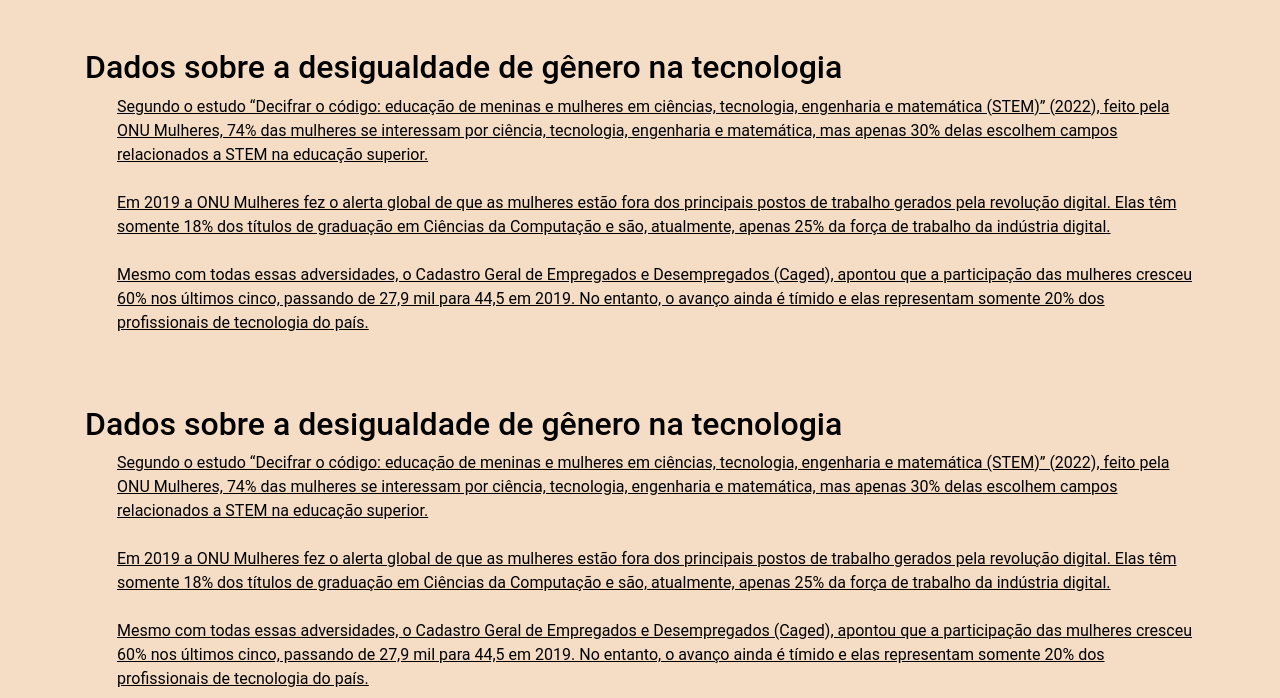
Repository: BellsBarbosa/ODS5_IGUALDADE_DE_GENERO
Page: index.html
An editor plug-in stored every save of this project. The page is shown before and after the next save, followed by the edit.
The browser window is 1280 px wide. The pictures show the part of the page from y = 1260 to 1958 px (the page is 2910 px tall before and 2894 px after).
A picture or video elsewhere on the page could not be fetched, so the positions and the page height are approximate.

Above is the page before, as saved 2023-08-11 15:21:17.

### index.html
<!DOCTYPE html>
<html lang="en">

<head>
    <meta charset="UTF-8">
    <meta name="viewport" content="width=device-width, initial-scale=1.0">
    <meta name="author" content="Isabel Barbosa, Bootstrap contributors">
    <title>ODS 5 - Igualdade de Gênero</title>
    <link href="https://cdn.jsdelivr.net/npm/bootstrap@5.3.0-alpha3/dist/css/bootstrap.min.css" rel="stylesheet"
        integrity="sha384-KK94CHFLLe+nY2dmCWGMq91rCGa5gtU4mk92HdvYe+M/SXH301p5ILy+dN9+nJOZ" crossorigin="anonymous">
    <link rel="stylesheet" href="https://cdn.jsdelivr.net/npm/bootstrap-icons@1.10.5/font/bootstrap-icons.css">
    <link rel="preconnect" href="https://fonts.googleapis.com">
    <link rel="preconnect" href="https://fonts.gstatic.com" crossorigin>
    <link
        href="https://fonts.googleapis.com/css2?family=Caveat:wght@500;700&family=Kalam&family=Montserrat:ital,wght@0,300;0,400;0,500;1,400;1,500;1,600&display=swap"
        rel="stylesheet">
    <link rel="stylesheet" href="style.css">
    </script>


</head>

<body>

    <header class="header-menu">
        <nav>
            <img src="IMG/ODS5-1.jpg" alt="ODS5" width="100%" height="100%"></a>
            <ul class="lista-menu">
                <li><a href="#ods">ODS</a> </li>
                <li><a href="#dados">Dados</a></li>
                <li><a href="#destaques">Destaques</a></li>
                <li><a href="#cards">Soluções</a></li>
                <li><a href="#contato">Contatos</a></li>
            </ul>
        </nav>

    </header>


    <div class="container col-xxl-8 px-4 py-5">
        <div class="row flex-lg-row-reverse align-items-center g-5 py-5">
            <div class="col-10 col-sm-8 col-lg-6">
                <img src="IMG/4029136.jpg" class="d-block mx-lg-auto img-fluid" alt="Bootstrap Themes" loading="lazy">
            </div>
            <div class="col-lg-6">
                <h1 class="display-5 fw-bold text-body-emphasis lh-1 mb-3">ODS 5 - IGUALDADE DE GÊNERO</h1>
                <p class="lead">Aumentar o uso de tecnologias de base, em particular as tecnologias de informação
                    <br>e comunicação, para promover o empoderamento das mulheres.
                </p>
                <a href="https://brasil.un.org/pt-br/sdgs/5" class="botao" target="_blank">Saiba mais</a>
                <div class="d-grid gap-2 d-md-flex justify-content-md-start">

                </div>
            </div>
        </div>
    </div>



    <section class="container-fluid" id="ods">
        <div class="row">
            <div class="column">
                <h2 id="h2-margin">O Que são as ODS?</h2>
                <p>Os Objetivos de Desenvolvimento Sustentável são um apelo global à ação para acabar com a
                    pobreza,
                    proteger o meio ambiente e o clima e garantir que as pessoas, em todos os lugares, possam
                    desfrutar de paz e de prosperidade. Estes são os objetivos para os quais as Nações Unidas
                    estão
                    contribuindo a fim de que possamos atingir a Agenda 2030 no Brasil. O objetivo escolhido foi
                    a ODS 5.B: Aumentar o uso de tecnologias de base, em particular as
                    tecnologias de informação e comunicação, para promover o empoderamento das mulheres.
                </p>
                <img src="IMG/odssss-1-scaled.jpg" align-items="left" alt="Crédito da imagem: Estratégia Ods"
                    width="600" height="330">
                </h1>
            </div>

            <div class="column">
                <h2>ODS 5 - Igualdade de Gênero</h2>
                <p><i>Juliette Erath</i></p>
                <p>"A desigualdade de gênero é em grande parte responsável pela diferença no ambiente de
                    trabalho e
                    nas habilidades em relação a um padrão no setor de tecnologia. Para enfrentar essa
                    desigualdade
                    internacional e crescente, um esforço com empenho precisa ser feito para compreender a
                    origem
                    desse problema e solucioná-lo (...) No Brasil, em 2019, apenas 26% dos formados na área STEM
                    eram mulheres." é o que nos diz <a
                        href="https://www.ironhack.com/br/pt/blog/desigualdade-de-genero-na-tecnologia-vamos-discuti-la"
                        class="link" target="_blank">Juliette Erath em seu texto para IRONHACK.</a></p>
                <iframe width="560" height="315" src="https://www.youtube.com/embed/go-VJzRqacE"
                    title="YouTube video player" frameborder="0"
                    allow="accelerometer; autoplay; clipboard-write; encrypted-media; gyroscope; picture-in-picture; web-share"
                    allowfullscreen></iframe>
            </div>
        </div>

    </section>
    <section class="container-fluid" id="dados">
        <article class="container article-lista">
            <div class="dados">
                <h2>Dados sobre a desigualdade de gênero na tecnologia</h2>
                <ul>
                    <li> <a href="https://blog.google/intl/pt-br/novidades/por-dentro-do-google/mind-the-gap-2022-incentivando-meninas-a-ingressarem-em-carreiras-na-area-de-tecnologia/#:~:text=Segundo%20o%20estudo%20%E2%80%9CDecifrar%20o,a%20STEM%20na%20educa%C3%A7%C3%A3o%20superior."
                            class="link" target="_blank">Segundo o estudo “Decifrar o código: educação de
                            meninas e
                            mulheres em ciências, tecnologia, engenharia e matemática (STEM)” (2022), feito pela
                            ONU
                            Mulheres, 74% das mulheres se interessam por ciência, tecnologia, engenharia e
                            matemática,
                            mas apenas 30% delas escolhem campos relacionados a STEM na educação superior.</a>
                    </li> </br>
                    <a href="http://www.onumulheres.org.br/noticias/onu-mulheres-defende-investimentos-publicos-e-privados-em-igualdade-de-genero-para-aumentar-participacao-de-meninas-e-mulheres-em-ciencia-e-tecnologia/"
                        class="link" target="_blank">Em 2019 a ONU Mulheres fez o alerta global de que as
                        mulheres estão
                        fora dos principais postos de trabalho gerados pela revolução digital. Elas têm somente
                        18% dos
                        títulos de graduação em Ciências da Computação e são, atualmente, apenas 25% da força de
                        trabalho da indústria digital.</a></li> </br> </br>
                    <li> <a href="https://www.vittude.com/blog/mulheres-na-tecnologia-os-desafios-femininos-no-setor/"
                            class="link" target="_blank"> Mesmo com todas essas adversidades, o Cadastro Geral
                            de
                            Empregados e Desempregados (Caged), apontou que a participação das mulheres cresceu
                            60% nos
                            últimos cinco, passando de 27,9 mil para 44,5 em 2019. No entanto, o avanço ainda é
                            tímido e
                            elas representam somente 20% dos profissionais de tecnologia do país.</a> </li>
                    </br>
                </ul> <br>

            </div>
        </article>
    </section>
<section class="container-fluid" id="destaques">
    <article class="container article-lista">
        <div class="dados">
            <h2>Dados sobre a desigualdade de gênero na tecnologia</h2>
            <ul>
                <li> <a href="https://blog.google/intl/pt-br/novidades/por-dentro-do-google/mind-the-gap-2022-incentivando-meninas-a-ingressarem-em-carreiras-na-area-de-tecnologia/#:~:text=Segundo%20o%20estudo%20%E2%80%9CDecifrar%20o,a%20STEM%20na%20educa%C3%A7%C3%A3o%20superior."
                        class="link" target="_blank">Segundo o estudo “Decifrar o código: educação de
                        meninas e
                        mulheres em ciências, tecnologia, engenharia e matemática (STEM)” (2022), feito pela
                        ONU
                        Mulheres, 74% das mulheres se interessam por ciência, tecnologia, engenharia e
                        matemática,
                        mas apenas 30% delas escolhem campos relacionados a STEM na educação superior.</a>
                </li> </br>
                <a href="http://www.onumulheres.org.br/noticias/onu-mulheres-defende-investimentos-publicos-e-privados-em-igualdade-de-genero-para-aumentar-participacao-de-meninas-e-mulheres-em-ciencia-e-tecnologia/"
                    class="link" target="_blank">Em 2019 a ONU Mulheres fez o alerta global de que as
                    mulheres estão
                    fora dos principais postos de trabalho gerados pela revolução digital. Elas têm somente
                    18% dos
                    títulos de graduação em Ciências da Computação e são, atualmente, apenas 25% da força de
                    trabalho da indústria digital.</a></li> </br> </br>
                <li> <a href="https://www.vittude.com/blog/mulheres-na-tecnologia-os-desafios-femininos-no-setor/"
                        class="link" target="_blank"> Mesmo com todas essas adversidades, o Cadastro Geral
                        de
                        Empregados e Desempregados (Caged), apontou que a participação das mulheres cresceu
                        60% nos
                        últimos cinco, passando de 27,9 mil para 44,5 em 2019. No entanto, o avanço ainda é
                        tímido e
                        elas representam somente 20% dos profissionais de tecnologia do país.</a> </li>
                </br>
            </ul> <br>

        </div>
    </article>
</section>


    <section class="container-fluid" id="cards">
        <div class="row row-cols-1 row-cols-md-3 g-4">
            <div class="col">
                <div class="card">
                    <img src="IMG/criança.jpg" class="card-img-top" alt="...">
                    <div class="card-body">
                        <h5 class="card-title text-center">Introduza meninas ao mundo da tecnologia</h5>
                        <p class="card-text justify-content-evenly">Apresentar as meninas ao mundo da tecnologia expande
                            as chances delas desenvolverem suas habilidades e criatividade,
                            proporcionando a elas a chance de inventar, criar e aprender sobre a área.</p>
                    </div>
                </div>
            </div>
            <div class="col">
                <div class="card">
                    <img src="IMG/mulher_liderança.jpg" class="card-img-top" alt="...">
                    <div class="card-body">
                        <h5 class="card-title text-center">Comemore as mulheres na liderança</h5>
                        <p class="card-text justify-content-evenly">Divulgar a jornadas de mulheres que impactaram na
                            tecnologia, e celebrar o trabalho dessas vitoriosas, irá inspirar
                            nossas meninas e mulheres a iniciar suas próprias carreiras na área tecnológica..</p>
                    </div>
                </div>
            </div>
            <div class="col">
                <div class="card">
                    <img src="IMG/parcerias.jpg" class="card-img-top" alt="...">
                    <div class="card-body">
                        <h5 class="card-title text-center">Estabeleça parcerias e oportunidades</h5>
                        <p class="card-text justify-content-evenly">Realizar parcerias com entidades que utilizam a
                            tecnologia como instrumento para diminuir a desigualdade de gênero irá
                            expandir o alcance desses projetos, aumentando assim a inserção de mulheres na
                            tecnologia.</p>
                    </div>
                </div>
            </div>

        </div>
    </section> <br>


    <footer class="rodape" id="contato">
        <div class="container">
            <div class="row">
                <div class="column">
                    <ul class="lista-rodape">
                        <li> <i class="bi bi-envelope"></i><a href="barbosa.isabelcristina@gmail.com" target="_blank"
                                class="link-icone">
                                barbosa.isabelcristina@gmail.com</a></li>
                        <li><i class="bi bi-linkedin"></i><a href="https://www.linkedin.com/in/isabel-barbosa-aa080456/"
                                target="_blank" class="link-icone"> Isabel Barbosa</a></li>
                        <li><i class="bi bi-github"></i><a href="https://github.com/BellsBarbosa" target="_blank"
                                class="link-icone">
                                BellsBarbosa</a></li>
                        <li><i class="bi bi-arrow-up-square-fill"></i><a href="#top" class="link-icone"> Topo da
                                página</a></li>

                    </ul>
                </div>
                <div class="column">
                    <ul class="lista-rodape">
                        <li>Créditos:</li>
                        <li>Imagem ODS:<a href="https://estrategiaods.org.br/" target="_blank" class="link-icone">
                                Estratégia ODS</a></li>
                        </li>
                        <li>Hero Image:<a
                                href="https://br.freepik.com/vetores-gratis/conceito-de-igualdade-de-genero_8925920.htm#query=igualdade%20de%20genero&position=0&from_view=search&track=ais">Imagem
                                de pikisuperstar</a> no Freepik</li>
                        </li>
                        <li> Video: <a href="https://www.youtube.com/watch?v=go-VJzRqacE&ab_channel=CentroCulturalLight"
                                target="_blank" class="link-icone">
                                Centro Cultural Light</a></li>
                        </li>
                        <li> Card 1: <a
                                href="https://br.freepik.com/fotos-gratis/garotinha-afro-americana-feliz-durante-videochamada-com-laptop_20052825.htm#query=meninas%20na%20tecnologia&position=14&from_view=search&track=ais">Imagem
                                de master1305</a> no Freepik
                        </li>
                        <li> Card 2: <a
                                href="https://br.freepik.com/fotos-gratis/mulher-afro-americana-confiante-com-documentos-em-papel_6882196.htm#query=mulheres%20na%20lideran%C3%A7a&position=19&from_view=search&track=ais">Imagem
                                de pch.vector</a> no Freepik
                        </li>
                        <li> Card 3: <a
                                href="https://br.freepik.com/fotos-gratis/mulheres-de-negocios-felizes-apoiando-uns-aos-outros-e-de-maos-dadas-em-um-cafe_26402023.htm#query=mulheres%20na%20lideran%C3%A7a&position=17&from_view=search&track=ais">Imagem
                                de Drazen Zigic</a> no Freepik
                        </li>
                    </ul>
                </div>
            </div>


        </div>
    </footer>

### style.css
 @import url('https://fonts.googleapis.com/css2?family=Caveat:wght@500;700&family=Kalam&family=Montserrat:ital,wght@0,300;0,400;0,500;1,400;1,500;1,600&display=swap');

 * {

   margin: 0;

   padding: 0;

   outline: 0;
 }

 body {

   font-family: 'Roboto', sans-serif;
   margin: 0;
   background-color: #f5ddc5;
   display: flex;
   min-height: 100vh;
   flex-direction: column;
   margin-top: 0%;
   position: relative;
   width: 100%;
   margin: 0 auto;
   padding: 0;

 }

 p {
   font-size: 1.2em;
   font-family: 'Montserrat', sans-serif;
   color: #000000;

 }

 a {
   color: rgb(0, 0, 0);
 }

 .h2 {
   color: #0b0b0b
 }

 li {

   list-style: none;
 }

 .header-menu {

   display: flex;
   position: fixed;
   width: 100%;
   padding: 8px;
   padding-bottom: 32px;
   padding-top: 32px;
   height: 30px;
   background-color: #6e999c;
 }

 .header-menu nav {
   display: flex;
   justify-content: flex-end;
   width: 100%;
 }

 .lista-menu {
   display: flex;
   justify-content: space-evenly;
   width: 50%;
   align-items: center;
 }

 .lista-menu li>a {
   color: #FFF;
   font-size: 18px;
   text-decoration: inherit;
 }

 .botao {
   border-radius: 8px;
   border: 1px solid #9fadaa;
   color: #9fadaa;
   font-size: 1.2em;
   line-height: 25px;
   text-align: center;
   text-decoration: none;
   text-transform: uppercase;
   padding: 10px 20px 10px 20px;
   position: relative;
   width: 200px;
 }

 .botao a {
   padding-left: 20%;
 }

 .botao a:hover {
   color: #000000;
   font-size: 1.2em;
 }


 .column {
   float: left;
   width: 50%;
   padding: 3%;
   color: #000000;
   text-align: justify;
 }

 /* Clear floats after the columns */
 .row:after {
   content: "";
   display: table;
   clear: both;
 }

 .ods {
   padding-bottom: 3%;
 }

 .dados {
   padding: 3px;
   align-content: center;
   color: #000000
 }

 .destaques {
   padding: 3px;
   align-content: center;
   color: #000000;
   padding-bottom: 3%;
   display: flex;
 }

 .cards {

   padding: 3px;
   align-content: center;
   color: #000000;
   padding-bottom: 3%;
 }

 .lista-titulo {
   font-weight: 600;

 }

 .rodape {
   height: 300px;
   display: flex;
   align-items: center;
   background-color: #6e999c;

 }

 .lista-rodape {
   color: #000000;
   font-weight: 700;
   font-size: 20px;
   margin-bottom: 16px;
   display: flex;
   align-items: flex-start;
   flex-direction: column;

 }

 .estilo-icone {
   font-size: 32px;
   margin-right: 10px;
  }

After the next save:
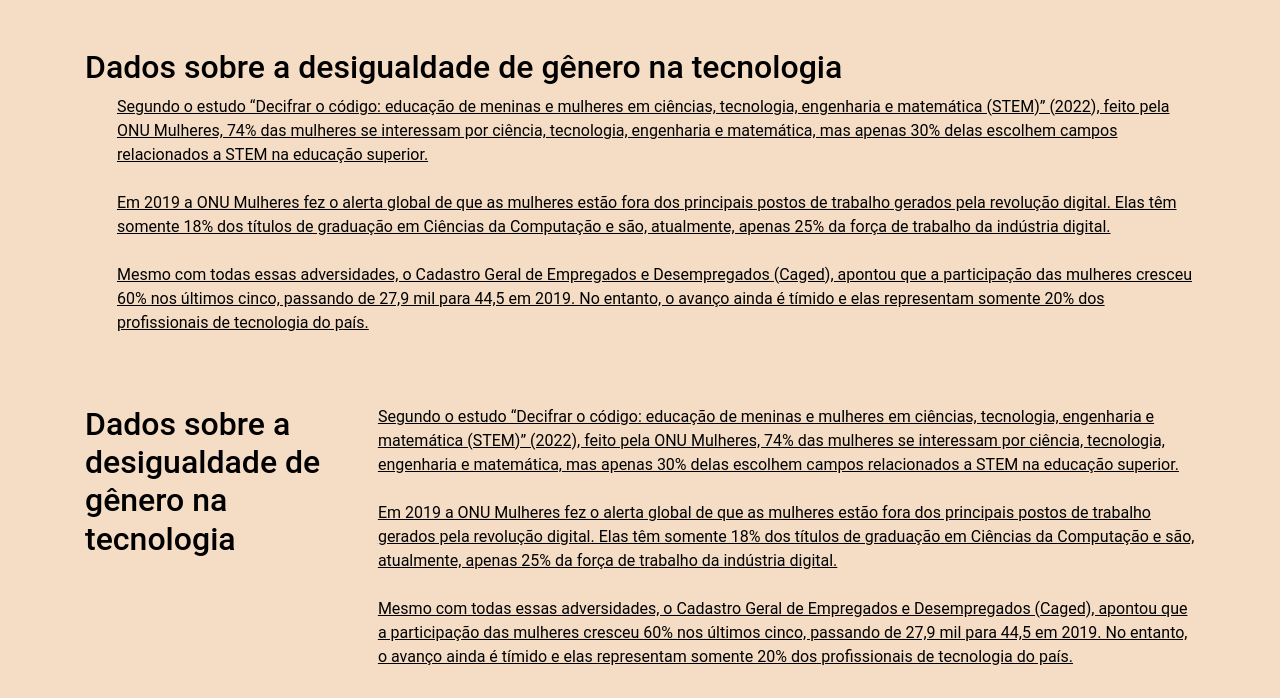
Saved 6 s later.
--- a/index.html
+++ b/index.html
@@ -133,7 +133,7 @@
     </section>
 <section class="container-fluid" id="destaques">
     <article class="container article-lista">
-        <div class="dados">
+        <div class="destaques">
             <h2>Dados sobre a desigualdade de gênero na tecnologia</h2>
             <ul>
                 <li> <a href="https://blog.google/intl/pt-br/novidades/por-dentro-do-google/mind-the-gap-2022-incentivando-meninas-a-ingressarem-em-carreiras-na-area-de-tecnologia/#:~:text=Segundo%20o%20estudo%20%E2%80%9CDecifrar%20o,a%20STEM%20na%20educa%C3%A7%C3%A3o%20superior."
